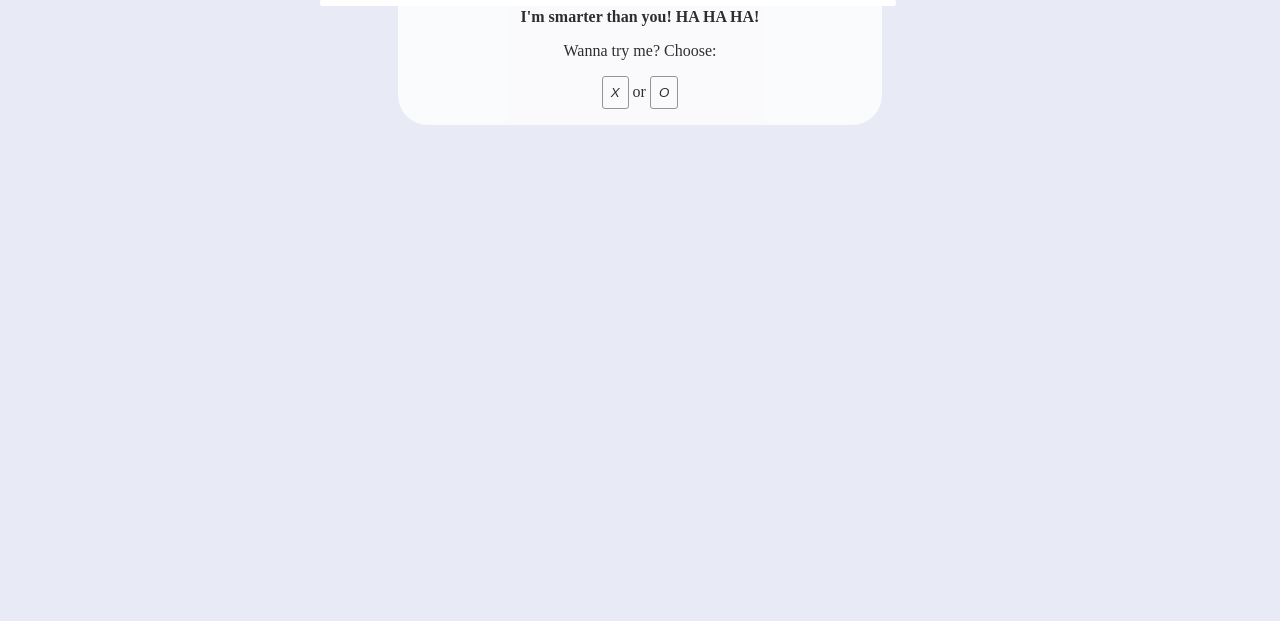
Repository: EEOOOO/javascript-projects
Page: ticTacToeGameApp/index.html
These files come from the project's save history. The page is drawn as it stood at one moment and after the next save; the edit follows.
The browser window is 1280 px wide. The pictures show the whole page.

Above is the page before, as saved 2022-07-21 15:11:07.

### ticTacToeGameApp/index.html
<!DOCTYPE html>
<html lang="en">
<head>
    <meta charset="UTF-8">
    <meta http-equiv="X-UA-Compatible" content="IE=edge">
    <meta name="viewport" content="width=device-width, initial-scale=1.0">
    <script defer src="tictactoeGameApp.js"></script>
    <link rel="stylesheet" href="style.css">
    <title>TicTacToe Game App</title>
</head>
<body>
    <div class="gameBoard">
        <div class="grid grid0"></div>
        <div class="grid grid1"></div>
        <div class="grid grid2"></div>
        <div class="grid grid3"></div>
        <div class="grid grid4"></div>
        <div class="grid grid5"></div>
        <div class="grid grid6"></div>
        <div class="grid grid7"></div>
        <div class="grid grid8"></div>
    </div>
    <div class="popUp showPopUp">
        <h3>Warning!</h3>
        <hr>
        <p>Please save your time and don't even think you're smart</p>
        <strong>I'm smarter than you! HA HA HA!</strong>
        <p>Wanna try me? Choose: </p>
        <div class="buttonContainer">
            <button class="markingX button">X</button>
            <span>or</span>
            <button class="markingO button">O</button>
        </div>
    </div>
</body>
</html>

### ticTacToeGameApp/tictactoeGameApp.js
let gameBoard = document.querySelector('.gameBoard');
let grids = document.querySelectorAll('.grid');

let popUp = document.querySelector('.popUp');
let buttons = document.querySelector('.buttonContainer');
let xButton = document.querySelector('.markingX');
let oButton = document.querySelector('.markingO');
let notSelected = [0, 1, 2, 3, 4, 5, 6, 7, 8, 9];
user = {}
computer = {}

buttons.addEventListener('click', event =>{
    if (event.target.tagName === 'BUTTON'){
        if (event.target.textContent === 'X'){
            user['mark'] = 'X';
            computer['mark'] = 'O';
        }
        else{
            user['mark'] = 'O';
            computer['mark'] = 'X';
        }
    }
    popUp.classList.remove("showPopUp");

    startGame();
});

function startGame(){
    playComputer();
    playUser();
    if (checkWinner()){
        finishGame();
    }
    else{
        startGame();
    }
}
function playUser(){
    return
}
function playComputer(){
    let num = getRandomNumber(notSelected);
    let selectedGridClass = '.grid'+num;
    let selectedGrid = document.querySelector(selectedGridClass);

    let markingSpan = document.createElement('span');
    markingSpan.textContent = computer['mark'];
    selectedGrid.append(markingSpan);

    notSelected.splice(num, 1);
}
function getRandomNumber(remainNum){
    let num = Math.floor(Math.random()*9);
    if (remainNum.indexOf(num) !== -1){
        return num
    } else {
        return getRandomNumber(remainNum)
    }
}
function checkWinner(){
    return true
}
function finishGame(){
    return
}

### ticTacToeGameApp/style.css
* {
  box-sizing: border-box;
}
body {
  margin: 0;
  padding: 0;
  background-color: #e8eaf6;
  width: 100%;
  height: 100%;
  display: flex;
  justify-content: center;
  align-items: center;
}
.gameBoard {
  display: flex;
  flex-wrap: wrap;
  width: 50%;
  height: 50%;
  margin: auto;
}
.gameBoard .grid {
  width: 30%;
  height: 30%;
  border: 1px solid white;
  background-color: lightgrey;
  cursor: pointer;
  display: flex;
  justify-content: center;
  align-item: center;
}
.grid span {
  font-size: 5rem;
  font-weight: 300;
}
.grid0 {
  border-radius: 20px 0 0 0;
}
.grid2 {
  border-radius: 0 20px 0 0;
}
.grid6 {
  border-radius: 0 0 0 20px;
}
.grid8 {
  border-radius: 0 0 20px 0;
}
.popUp {
  position: absolute;
  background-color: white;
  border-radius: 30px;
  opacity: 0.8;
  padding: 1rem 4rem;
  text-align: center;
  display: none;
}
.showPopUp {
  display: block;
}
.button {
  background-color: white;
  padding: 0.5rem;
  border: 0.5px solid gray;
  border-radius: 3px;
  cursor: pointer;
  transitoin: background-color 0.2s, color 0.2s;
  font-style: italic;
}
.button:hover {
  background-color: grey;
  color: white;
}

After the next save:
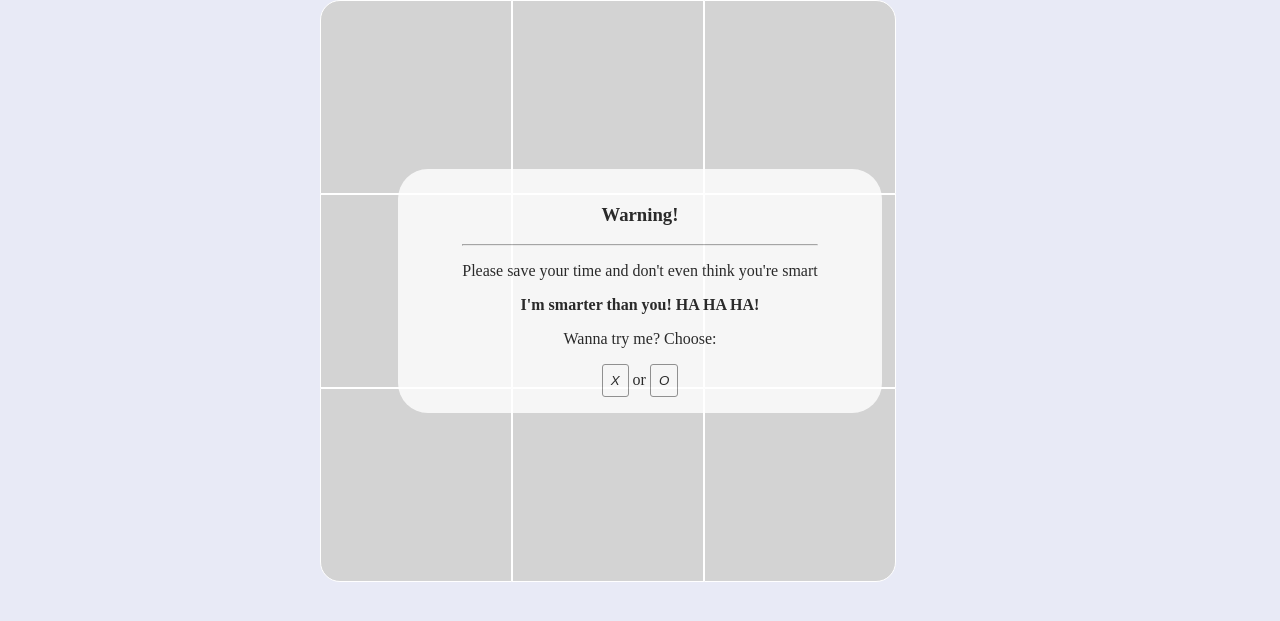
Saved 47 s later.
--- a/ticTacToeGameApp/style.css
+++ b/ticTacToeGameApp/style.css
@@ -20,7 +20,7 @@
 }
 .gameBoard .grid {
   width: 30%;
-  height: 30%;
+  padding-bottom: 30%;
   border: 1px solid white;
   background-color: lightgrey;
   cursor: pointer;

After the save that followed:
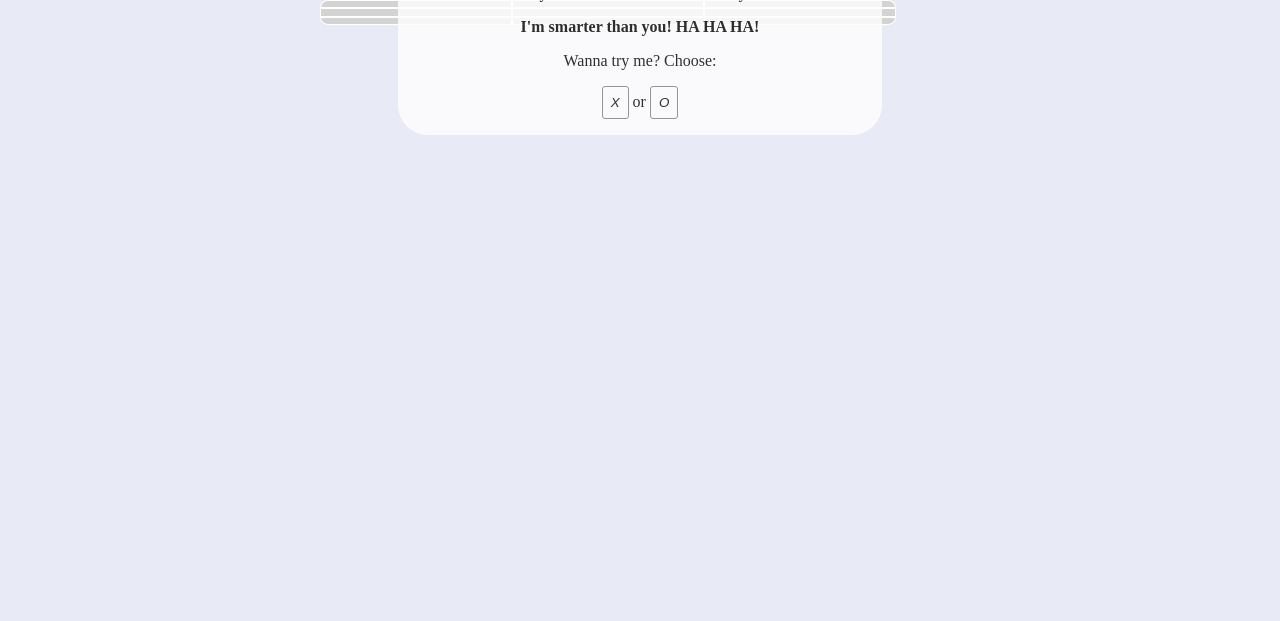
Saved 12 s later.
--- a/ticTacToeGameApp/style.css
+++ b/ticTacToeGameApp/style.css
@@ -20,7 +20,7 @@
 }
 .gameBoard .grid {
   width: 30%;
-  padding-bottom: 30%;
+  padding-bottom: 1%;
   border: 1px solid white;
   background-color: lightgrey;
   cursor: pointer;
